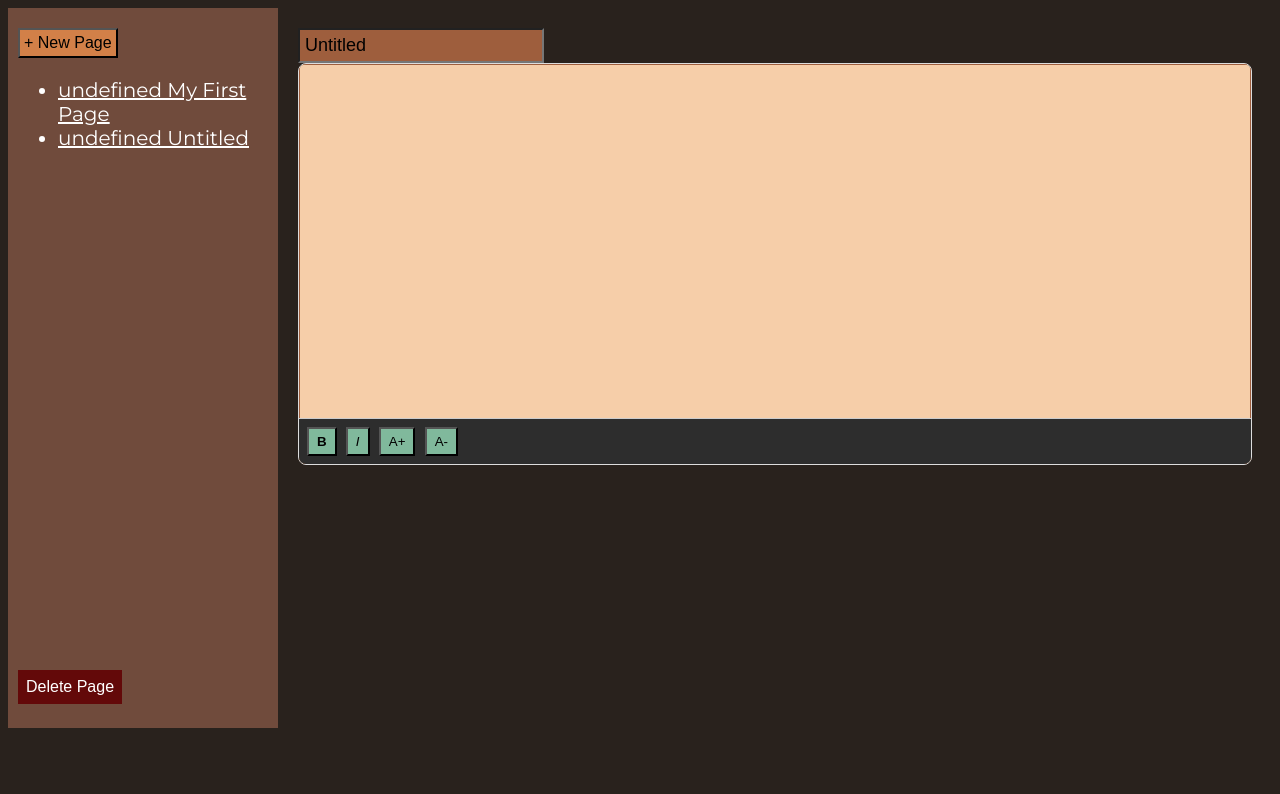
Repository: Dharshinimk-521/notes-app
Page: index.html
An editor plug-in stored every save of this project. The page is shown before and after the next save, followed by the edit.
The browser window is 1280 px wide. The pictures show the whole page.
Empty fields were first filled with sample values (such as "Sample", 5 or name@example.com).
After loading, the first visible `#newPageBtn` was clicked once.

Above is the page before, as saved 2026-04-18 23:07:25.

After the next save:
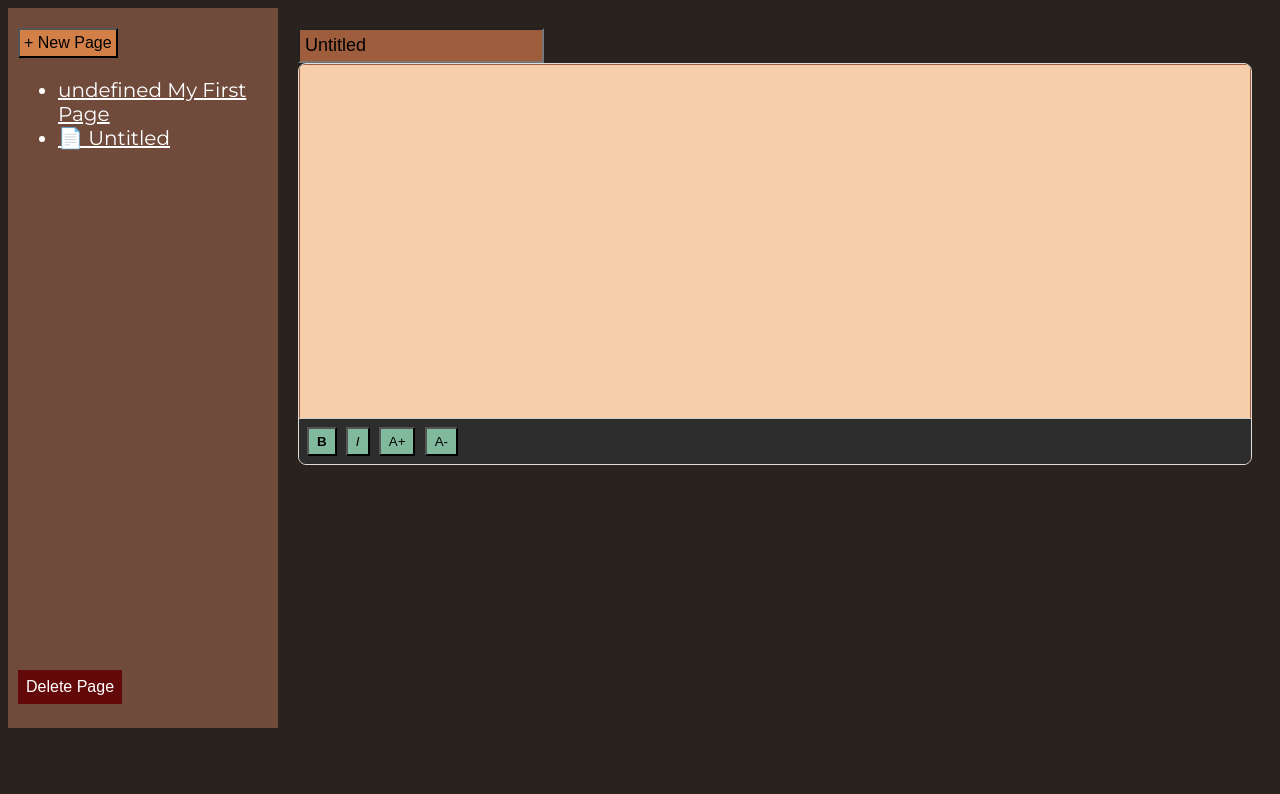
Saved 5 s later.
--- a/app.js
+++ b/app.js
@@ -19,7 +19,8 @@ function createPage() {
   const newPage = {
     id: Date.now().toString(),
     title: "Untitled",
-    content: ""
+    content: "",
+    icon: "📄" // default icon
   };
 
   pages.push(newPage);
